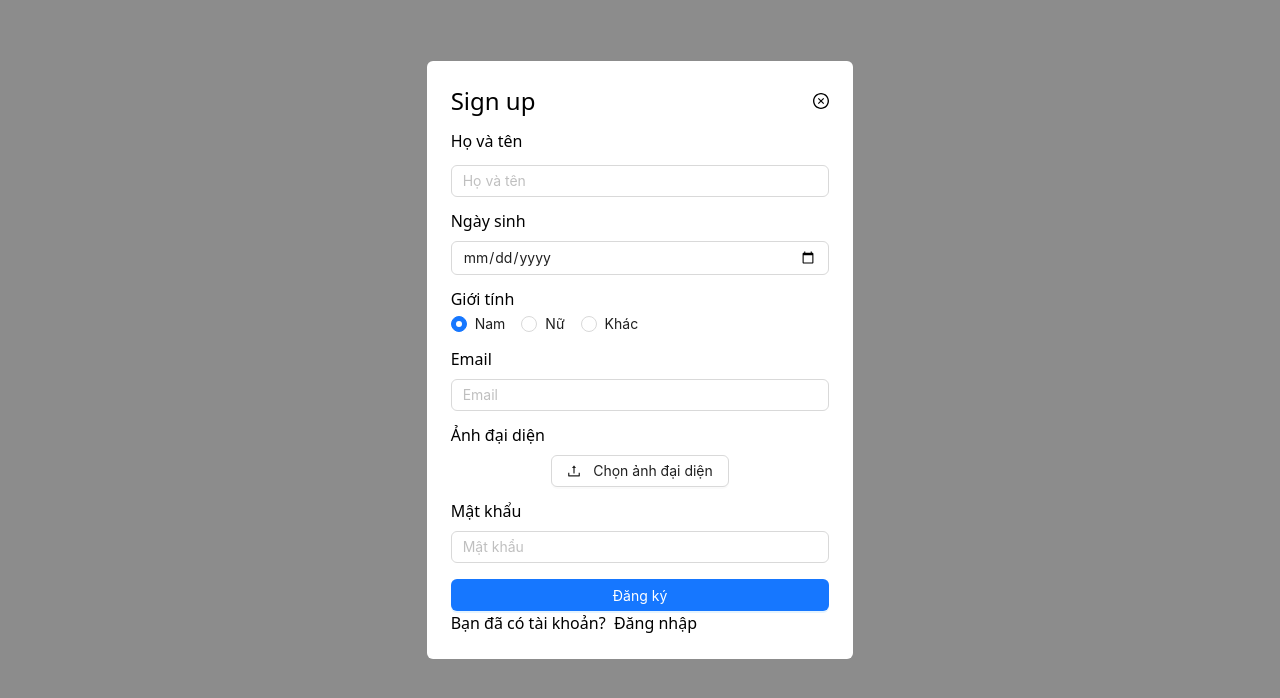
Repository: TinhTT336/MD02_Session14
Page: / (app in client/)
These files come from the project's save history. The page is drawn as it stood at one moment and after the next save; the edit follows.
The browser window is 1280 px wide. The pictures show the whole page.
The project was rebuilt for these pictures with package versions that can differ from the ones it lists, and the page was loaded fresh each time. Also part of the build but not shown: client/vite.config.js, client/src/firebase/configFirebase.js, client/src/components/UploadSingleFile.jsx, client/src/components/register/register.css, client/src/components/register/Register.jsx, client/src/components/register/RegisterWithImg.jsx.

Above is the page before, as saved 2023-09-14 14:36:29.

After the next save:
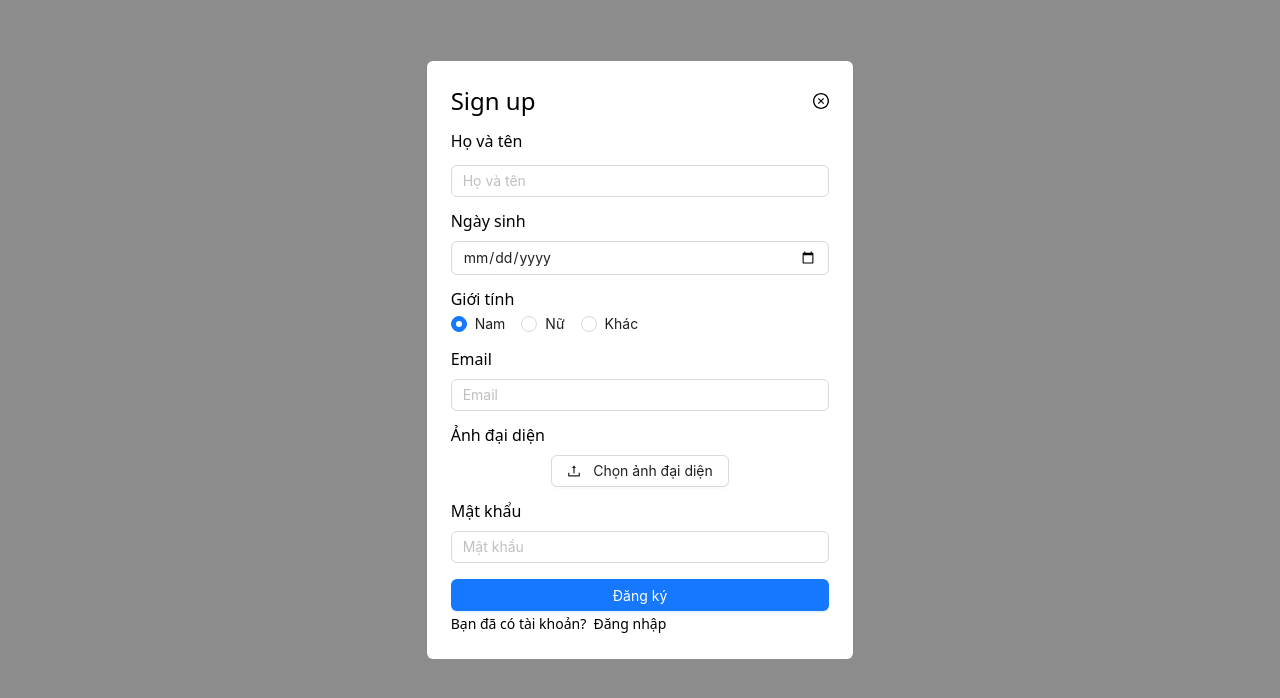
Saved 45 s later.
--- a/client/src/components/signup/Signup.jsx
+++ b/client/src/components/signup/Signup.jsx
@@ -70,7 +70,7 @@ export default function Signup() {
                         <Button type='primary' block className='w-full btn-primary mt-4'>Đăng ký</Button>
                     </div>
                     <div>
-                        <span>Bạn đã có tài khoản? <a href="">   Đăng nhập</a></span>
+                        <span className='text-sm mt-2 text-center'>Bạn đã có tài khoản? <a href="">   Đăng nhập</a></span>
                     </div>
                 </form>
             </div>
